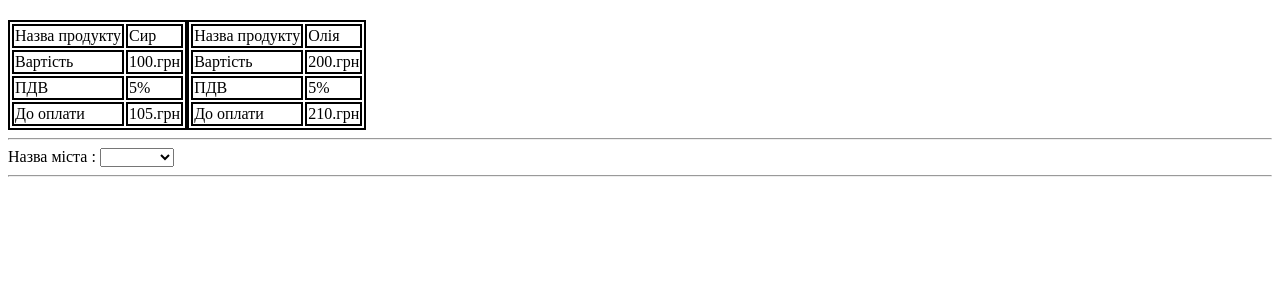
Repository: AnatoliyZaporozhets/HomeTask
Page: / (app in HomeWork_1/)
These files come from the project's save history. The page is drawn as it stood at one moment and after the next save; the edit follows.
The browser window is 1280 px wide. The pictures show the whole page.
The project was rebuilt for these pictures with package versions that can differ from the ones it lists, and the page was loaded fresh each time.

Above is the page before, as saved 2022-04-12 17:58:04.

After the next save:
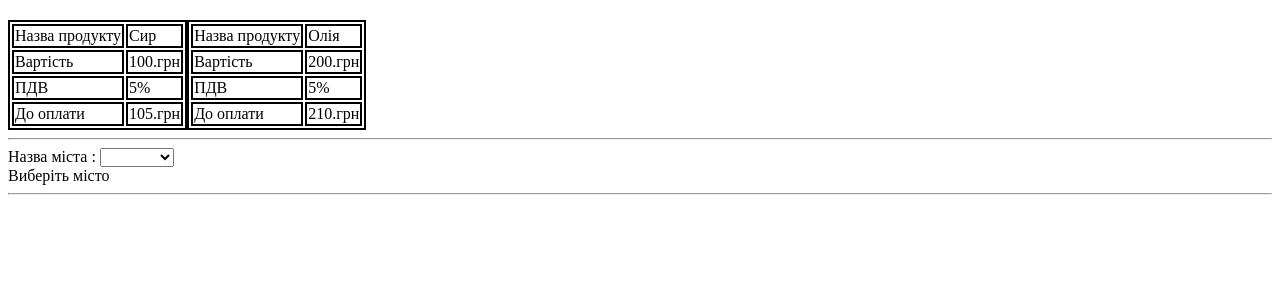
Saved 13 min 37 s later.
--- a/HomeWork_1/src/components/Weather/index.vue
+++ b/HomeWork_1/src/components/Weather/index.vue
@@ -2,7 +2,6 @@
     <div>
         <label>
           Назва міста :
-          <!-- <input type="text" v-model="searchProductTitle" /> -->
           <select v-model="searchCityTitle">
             <option
               v-for="wether in wetherData"
@@ -15,6 +14,7 @@
           </select>
         </label>
       </div>
+      <div v-if="searchCityTitle">
    <div v-for="weather in filteredWetherListData" :key="weather.id">
      <div>День : {{weather.day}}</div>
      <div> Температура : {{weather.temperature}} С</div>
@@ -27,6 +27,8 @@
          </ul>
       </div>
    </div>
+   </div>
+   <div v-else>Виберіть місто</div>
 </template>
 
 <script>
@@ -36,7 +38,7 @@
   props: {
     wetherData: {
       type: Array,
-      default: () => [], //Якщо об"єкт - то функція, що повертає значення
+      default: () => [],
     },
   },
 
